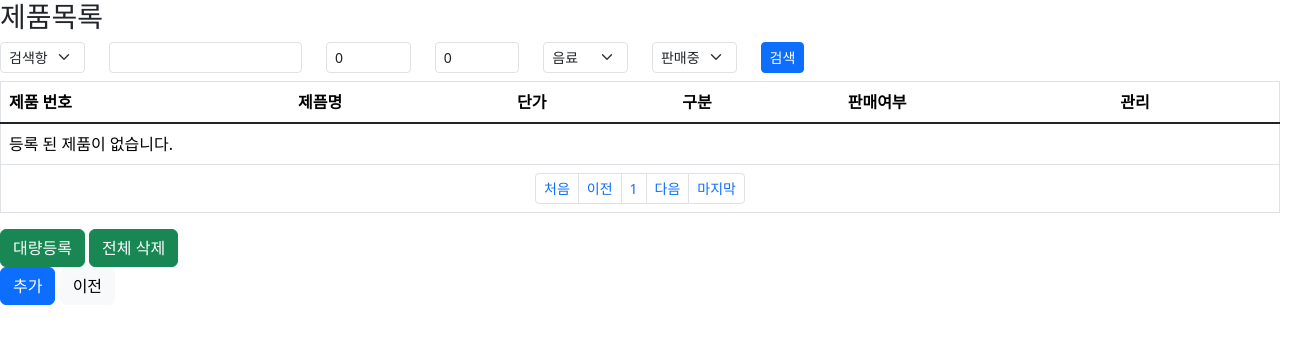
Repository: Hongsomang/spring2
Page: StarCafe/src/main/webapp/resources/view/html/product.html
The author's editor kept a copy of each file at every save. The page is drawn from the files as they stood at one save, then again after the next save.
The browser window is 1280 px wide. The page is 1292 px wide, so the pictures cover 1292 px, including what lies to the right of the window. The pictures show the whole page.
The page's requests for data from a server got no answer.

Above is the page before, as saved 2023-03-15 06:40:24.

### StarCafe/src/main/webapp/resources/view/html/product.html

<!DOCTYPE html>
<html>
<head>
<meta charset="UTF-8">
<meta name="viewport" content="width-drive.width, initial-scale=1.0">
<link href="https://cdn.jsdelivr.net/npm/bootstrap@5.3.0-alpha1/dist/css/bootstrap.min.css" rel="stylesheet" >
<script src="https://cdn.jsdelivr.net/npm/bootstrap@5.3.0-alpha1/dist/js/bootstrap.bundle.min.js" ></script>
<script src="https://cdnjs.cloudflare.com/ajax/libs/jquery/3.6.0/jquery.min.js"></script>
  <script type="text/javascript" src="/resources/js/pager.js"></script>
  <link href="/resources/css/pager.css" rel="stylesheet" type="text/css">
  <!-- ${pageContext.request.contextPath} -->
</head>
<body>
	<div>
		<div>
			<h3>제품목록</h3>
		</div>
		<div>
			<form>
				<div class="row mb-2">
					<div class="col-1">
						<select name="search" class=" form-select-sm form-select">
							<option>검색항목</option>
							<option value="1">제품번호</option>
							<option value="2">제품명</option>
							<option value="3">단가</option>
							<option value="4">구분</option>
							<option value="5">판매여부</option>
						</select>
					</div>
					<div class="col-2" >
						<input name="keyword" type="text" class="form-control  form-control-sm keyword-all keyword-1 keyword-2">
					</div>

					<div class="col-1" >
						<input  name="minPrice" type="number" class="form-control form-control-sm keyword-all keyword-3" placeholder="이전금액" value="0">
					</div>

					<div class="col-1 " >
						<input name="maxPrice" type="number" class="form-control form-control-sm keyword-all keyword-3" placeholder="이후금액" value="0">
					</div>

					<div class="col-1 ">
						<select name="keyword" class=" form-select-sm form-select keyword-all keyword-4" >
							<option value="1">음료</option>
							<option value="2">푸드</option>
							<option value="3">상품</option>
							<option value="4">카드</option>

						</select>
					</div>
					<div class="col-1">
						<select name="keyword" class=" form-select-sm form-select keyword-all keyword-5">
							<option value="0">판매중지</option>
							<option value="1">판매중</option>

						</select>
					</div>
					<div class="col-1">
						<button class="btn btn-sm btn-primary">검색</button>
					</div>
				</div>
			</form>
		</div>
		<div>
			<table border="1" class="table">
				<thead>
					<tr>
						<th scope="col">제품 번호</th>
						<th scope="col">제픔명</th>
						<th scope="col">단가</th>
						<th scope="col">구분</th>
						<th scope="col">판매여부</th>
						<th scope="col">관리</th>
					</tr>
				</thead>

				<tbody id="list" class="table-group-divider">

						<tr id="empty_list" >
							<td colspan="6">등록 된 제품이 없습니다.</td>
						</tr>




				</tbody>
				<tfoot>
					<tr>
						<td colspan="6">
							<ol style="margin: 0"
								class="pagination pagination-sm justify-content-center">
								<li class="page-item page-first"><div class="page-link" >
										처음</div></li>
								<li class="page-item page-prev"><div class="page-link"
								> 이전</div></li>

									<li class="page-item "><div
										class="page-link" >1</div></li>


								<li class="page-item page-next"><div class="page-link"
									> 다음</div></li>
								<li class="page-item page-last"><div class="page-link"
							> 마지막</div></li>
							</ol>
						</td>
					</tr>
				</tfoot>
			</table>
		</div>
		<div>
			<a class="btn btn-success" href="dummy">대량등록</a> <a
				class="btn btn-success" href="init">전체 삭제</a>
		</div>
		<div>
			<a class="btn btn-primary" href="add">추가</a> <a class="btn btn-light"
				href="../">이전</a>
		</div>
	</div>
</body>
</html>

### StarCafe/src/main/webapp/resources/js/pager.js
/**
 *
 */
let pager;

window.onload = ()=>{
    getPage(1);

};
function getPage(page){
    //fetch 를 실행하겠습니다.
    //이주소로 패치를 해라 정상정으로 실행되면 콘솔에 입력이 되어라
    //fetch 는 promise이다.
    fetch(`/api/product?page=${page}`)
    .then(resp => resp.json())
    .then(result =>{
    	//onClickListener 는 새로 생경나는거라서
        document.querySelector(".pagination .page-next").onclick = e =>  getPage(result.pager.next);
        document.querySelector(".pagination .page-prev").onclick = e =>  getPage(result.pager.prev);
        document.querySelector(".pagination .page-last").onclick = e =>  getPage(result.pager.last);
        document.querySelector(".pagination .page-first").onclick = e =>  getPage(1);

        console.log(result.pager.page);
        const tbody=document.querySelector("#list");

        tbody.querySelectorAll(".item").forEach(element =>{
            element.remove();
        });

        if(result.list.length <1){
            document.querySelector("#empty_list").classList.remove("hide");

        }
        else{
            document.querySelector("#empty_list").classList.add("hide");

        }



        result.list.forEach(element => {
            console.log(element);
            const tr=document.createElement("tr");
            tr.classList.add("item");

            const id=document.createElement("td");
            id.textContent=element.id;
            tr.append(id);

            const name=document.createElement("td");
            name.textContent=element.name;
            tr.append(name);


            const price=document.createElement("td");
            price.textContent=element.price+"원";
            tr.append(price);

            const category=document.createElement("td");
            category.textContent=element.category_;
            tr.append(category);

            const status=document.createElement("td");
            status.textContent=element.status_;
            tr.append(status);

            const manage=document.createElement("td");

            const delete_btn=document.createElement("a");
            delete_btn.text="삭제";
            delete_btn.classList.add("btn","btn-danger");
            manage.append(delete_btn);
            const update_btn=document.createElement("a");
            update_btn.text="변경";
            update_btn.classList.add("btn","btn-warning");
            manage.append(update_btn);
            tr.append(manage);


            tbody.append(tr);
        });

    });

    console.log("완료");
}

### StarCafe/src/main/webapp/resources/css/pager.css

.hide{
	display: none;
}

After the next save:
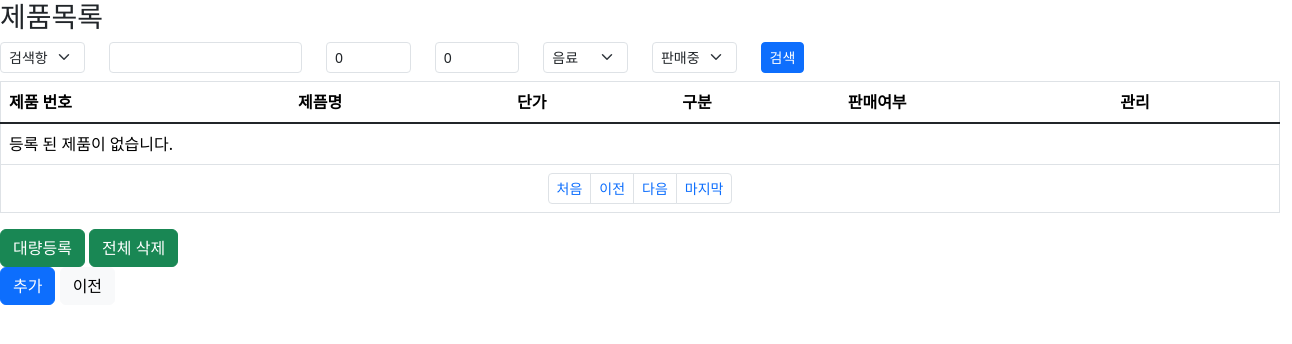
Saved 17 h 38 min later.
--- a/StarCafe/src/main/webapp/resources/view/html/product.html
+++ b/StarCafe/src/main/webapp/resources/view/html/product.html
@@ -96,8 +96,7 @@
 								<li class="page-item page-prev"><div class="page-link"
 								> 이전</div></li>
 
-									<li class="page-item "><div
-										class="page-link" >1</div></li>
+
 
 
 								<li class="page-item page-next"><div class="page-link"
